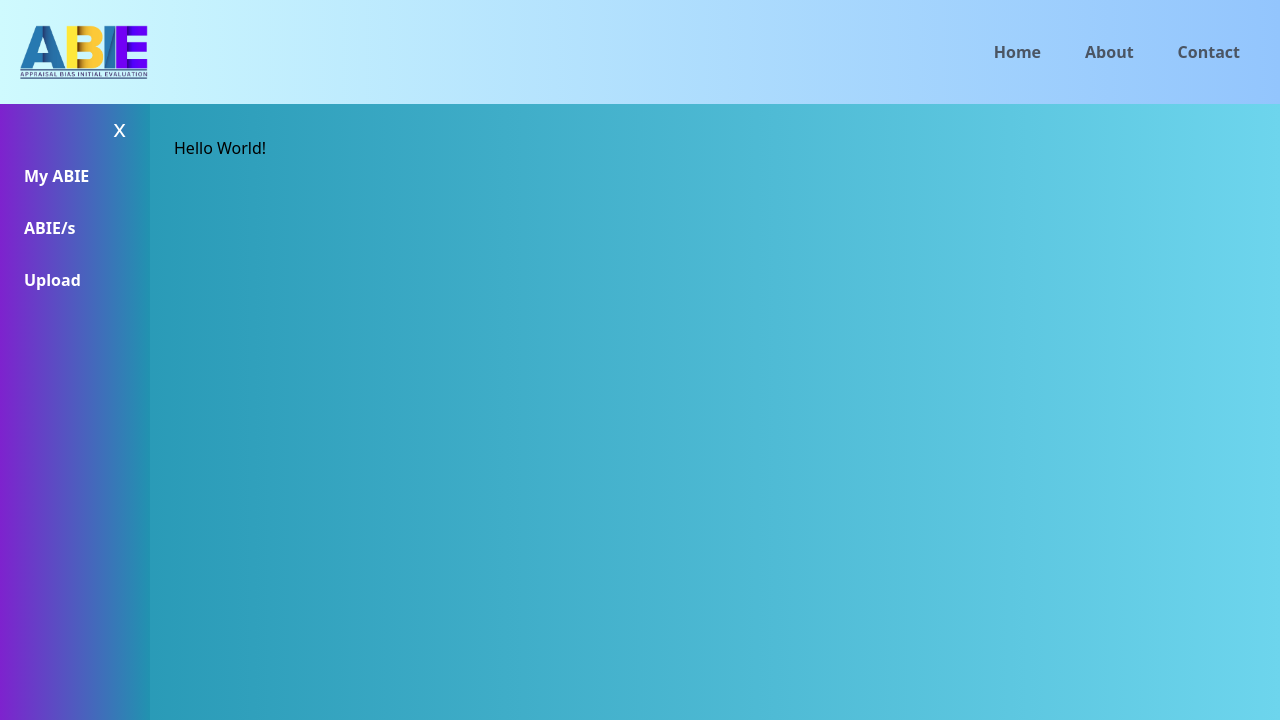
Repository: WafulaLukorito/Abie-frontend
Page: /dashboard
An editor plug-in stored every save of this project. The page is shown before and after the next save, followed by the edit.
The browser window is 1280 px wide. The pictures show the whole page.
The project was rebuilt for these pictures with package versions that can differ from the ones it lists, and the page was loaded fresh each time. Also part of the build but not shown: vite.config.js, src/components/Header/Button.jsx, src/components/Header/Links.jsx, src/components/Header/index.jsx, src/pages/Home.jsx, src/pages/About.jsx.

Above is the page before, as saved 2024-01-26 17:23:05.

After the next save:
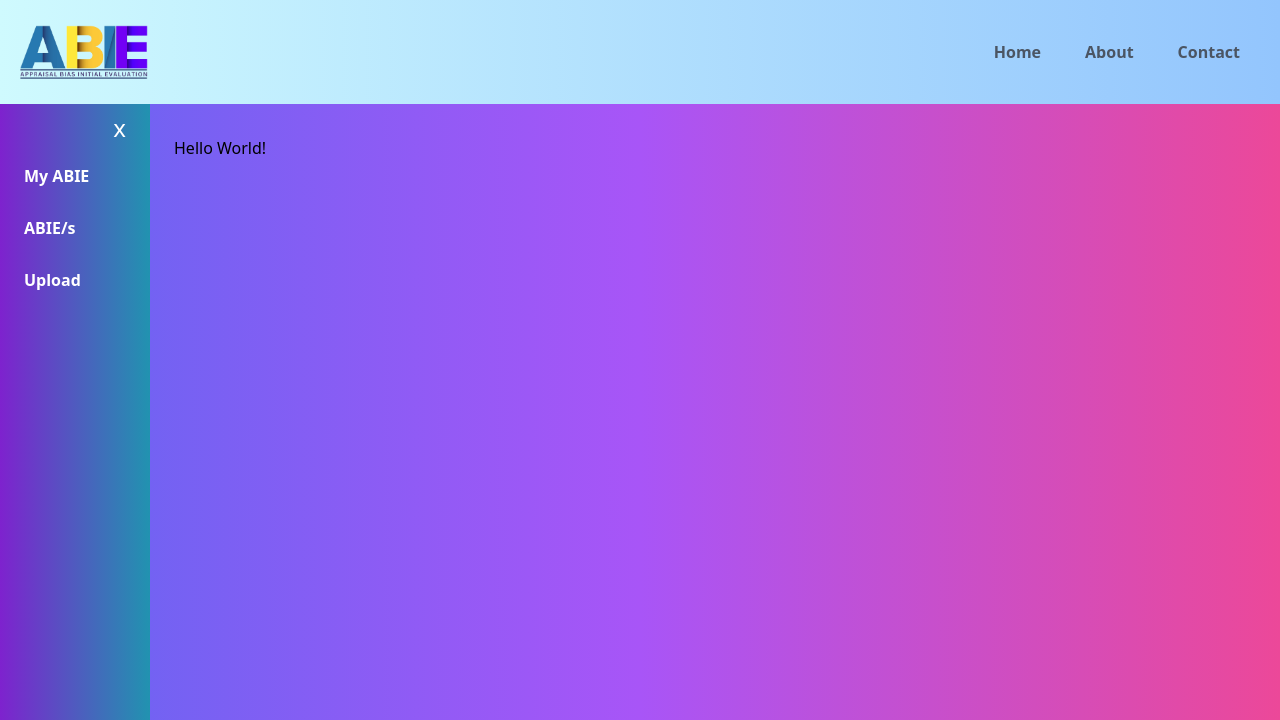
Saved 76 s later.
--- a/src/pages/Dashboard.jsx
+++ b/src/pages/Dashboard.jsx
@@ -10,7 +10,8 @@
     };
 
     return (
-        <div className="flex h-screen bg-gradient-to-r from-indigo-500 via-purple-500 to-pink-500 " style={{ background: 'linear-gradient(to left, #6dd5ed, #2193b0)' }}> {/* Gradient background */}
+        <div className="flex h-screen bg-gradient-to-r from-indigo-500 via-purple-500 to-pink-500 " >
+       {/* // style={{ background: 'linear-gradient(to left, #6dd5ed, #2193b0)' }}>  Gradient background */}
             <Sidebar isOpen={isSidebarOpen} toggleSidebar={toggleSidebar} />
             <div className="flex flex-col flex-1 overflow-hidden">
                 {/* Navbar */}
